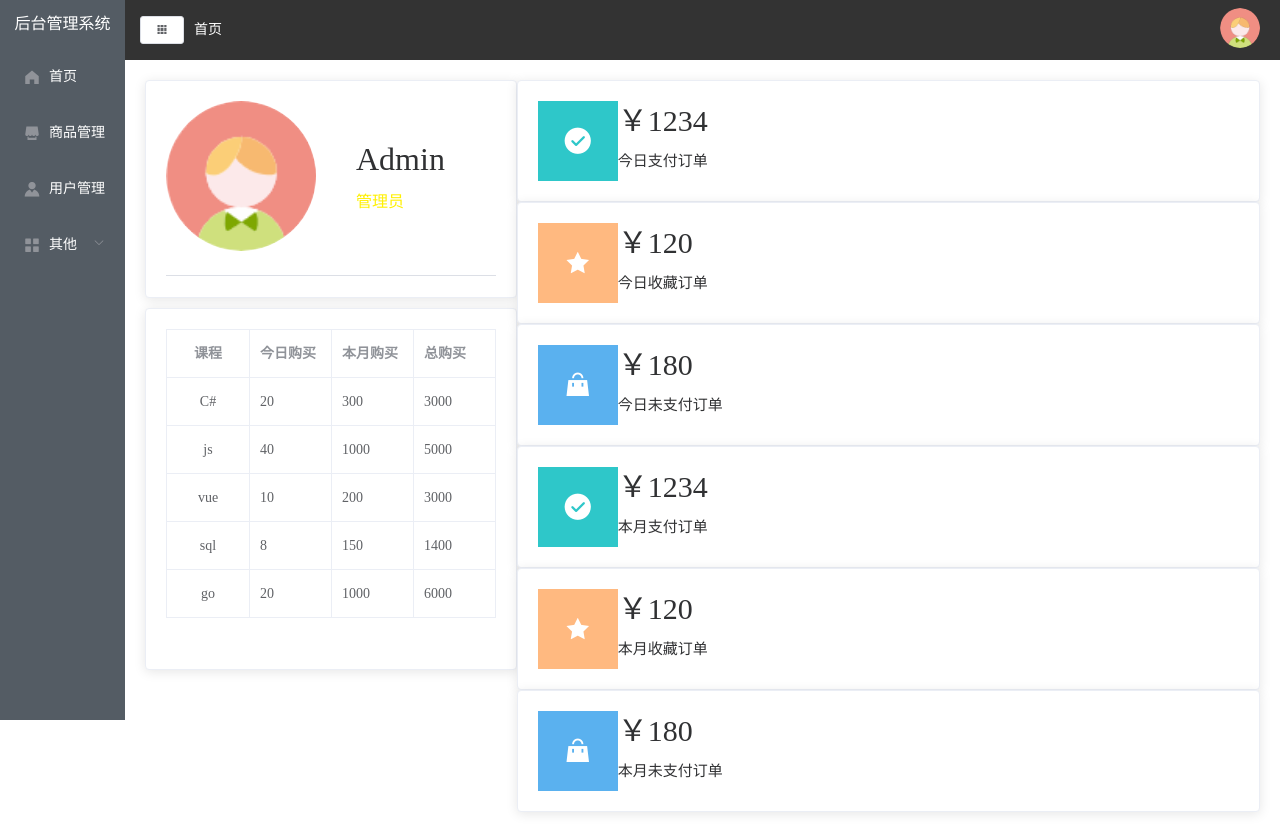
Repository: tkqi/manage
Page: /
These files come from the project's save history. The page is drawn as it stood at one moment and after the next save; the edit follows.
The browser window is 1280 px wide. The pictures show the whole page.
The project was rebuilt for these pictures with package versions that can differ from the ones it lists, and the page was loaded fresh each time. Also part of the build but not shown: vue.config.js.

Above is the page before, as saved 2023-12-06 11:31:46.

After the next save:
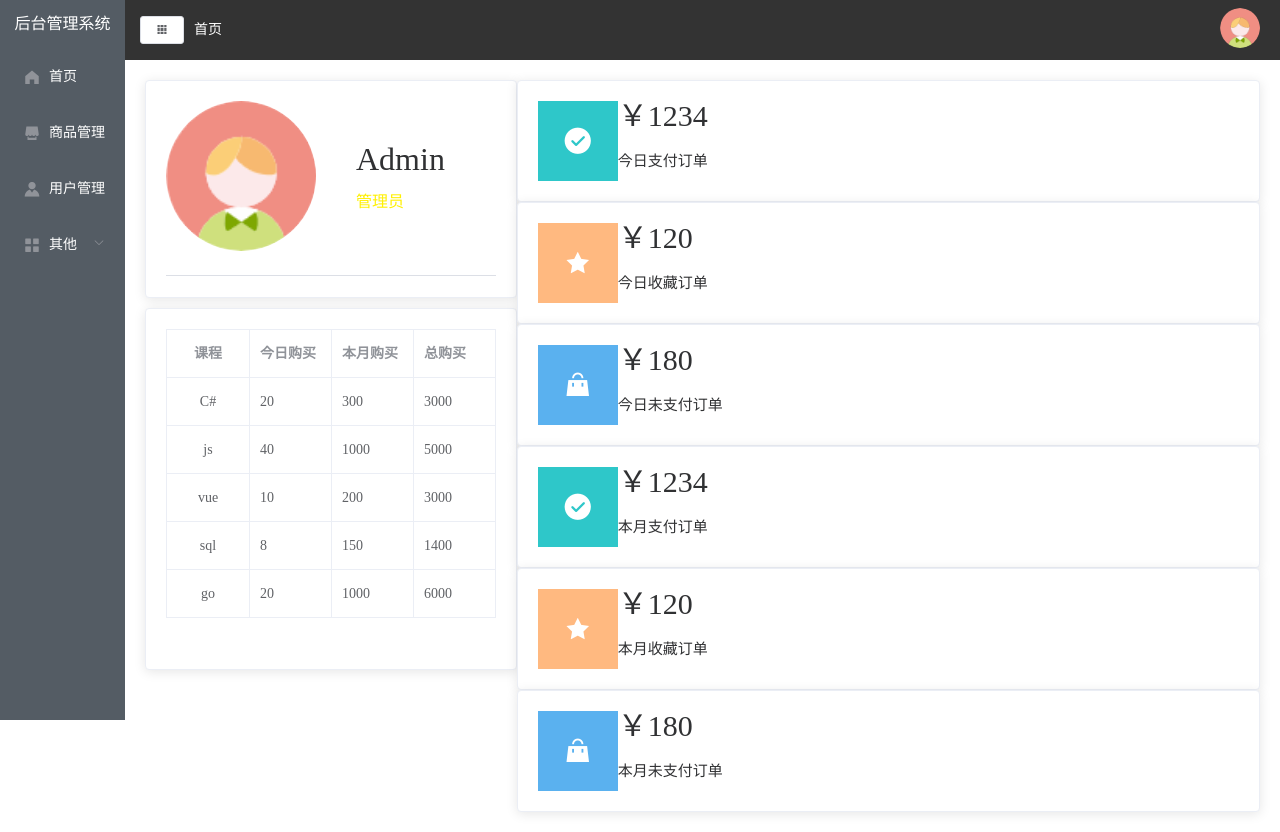
Saved 65 s later.
--- a/src/views/Home.vue
+++ b/src/views/Home.vue
@@ -191,7 +191,9 @@ export default {
 
         .value {
             font-size: 30px;
-            line-height: 40px;
+            line-height: 30px;
+            margin-bottom: 10px;
+            height: 30px;
         }
 
         .label {
